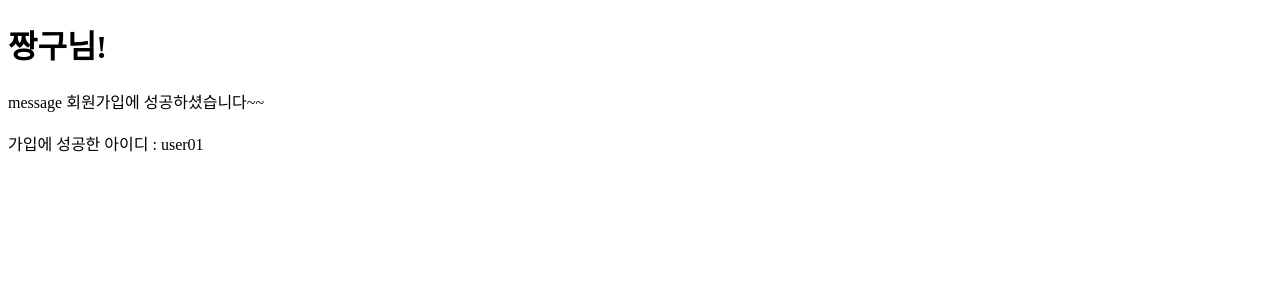
Repository: parkjin-sol/web-workplace
Page: http://localhost/BurgerKingProject/views/response_page.jsp
These files come from the project's save history. The page is drawn as it stood at one moment and after the next save; the edit follows.
The browser window is 1280 px wide. The pictures show the whole page.
The page is served by Tomcat 9. Other server files are loaded and not shown.

Above is the page before, as saved 2025-03-10 06:05:17.

### BurgerKingProject/src/main/webapp/views/response_page.jsp
<%@ page language="java" contentType="text/html; charset=UTF-8"
    pageEncoding="UTF-8"%>

<!DOCTYPE html>
<html>
<head>
<meta charset="UTF-8">
<title>Insert title here</title>
</head>
<body>

	<!--
		"사용자가 입력한 userName"님!!

		 회원가입에 성공하셨습니다 ~~

		 가입한 아이디 : userId

	 -->

	<h1>짱구님! </h1>
	<p>
		<!-- String message = (String)request.getAttribute("message"); -->
		<%= "message" %>

		회원가입에 성공하셨습니다~~  <br><br>
		가입에 성공한 아이디 : user01
	</p>

</body>
</html>

After the next save:
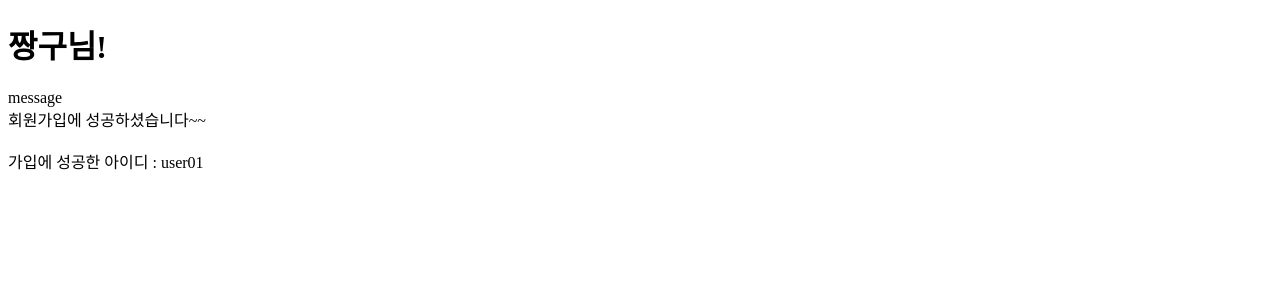
Saved 11 s later.
--- a/BurgerKingProject/src/main/webapp/views/response_page.jsp
+++ b/BurgerKingProject/src/main/webapp/views/response_page.jsp
@@ -21,7 +21,7 @@
 	<h1>짱구님! </h1>
 	<p>
 		<!-- String message = (String)request.getAttribute("message"); -->
-		<%= "message" %>
+		<%= "message" %> <br>
 
 		회원가입에 성공하셨습니다~~  <br><br>
 		가입에 성공한 아이디 : user01
